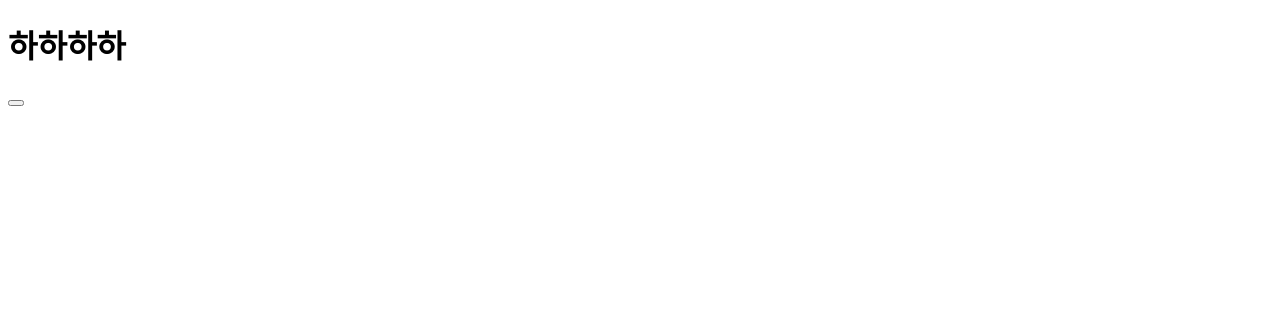
Repository: jun01270/F-E-practice
Page: index.html
The author's editor kept a copy of each file at every save. The page is drawn from the files as they stood at one save, then again after the next save.
The browser window is 1280 px wide. The pictures show the whole page.

Above is the page before, as saved 2022-12-12 19:16:29.

After the next save:
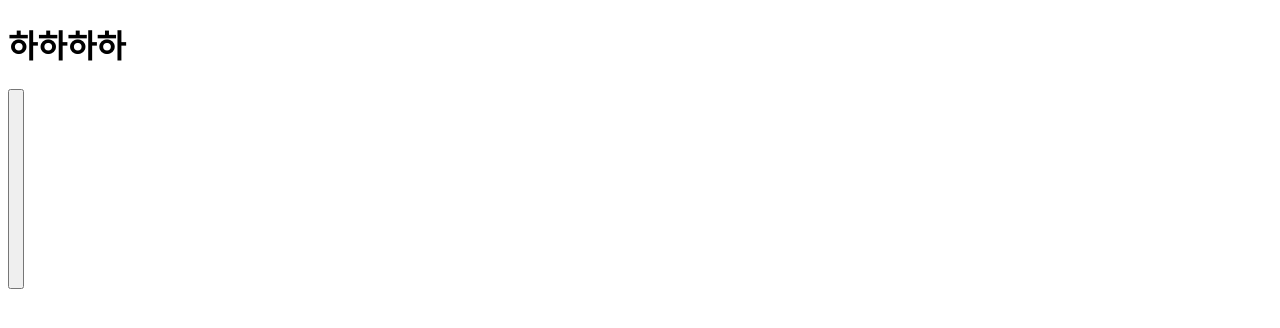
Saved 9 s later.
--- a/index.html
+++ b/index.html
@@ -4,12 +4,13 @@
     <meta charset="UTF-8" />
     <meta http-equiv="X-UA-Compatible" content="IE=edge" />
     <meta name="viewport" content="width=device-width, initial-scale=1.0" />
+    <link rel="stylesheet" href="style.css" />
     <title>Document</title>
   </head>
   <body>
     <div class="first">
       <h1 id="laugh">HAHAHAHAHA</h1>
-      <button class="Boom" style="weight: 200px"></button>
+      <button class="Boom"></button>
     </div>
     <script src="app.js"></script>
   </body>
